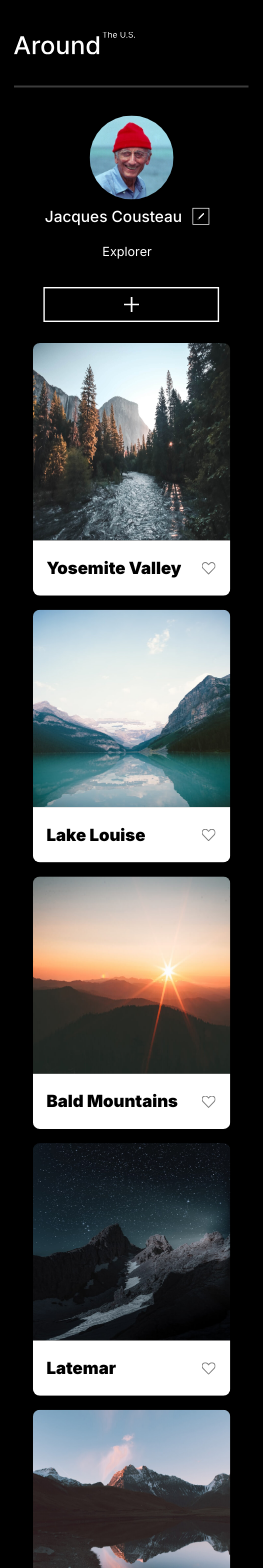
Repository: luisbaezx/se_project_aroundtheus
Page: index.html
The author's editor kept a copy of each file at every save. The page is drawn from the files as they stood at one save, then again after the next save.
The browser window is 375 px wide. The pictures show the part of the page from y = 0 to 2240 px (the page is 2877 px tall before and 2837 px after), at 70% of full size.

Above is the page before, as saved 2024-05-29 17:44:24.

### index.html
<!DOCTYPE html>
<html lang="en">
  <head>
    <meta charset="UTF-8" />
    <meta name="viewport" content="width=device-width, user-scalable=no,
    initial-scale=1/>
    <meta content="ie=edge" http-equiv="X-UA-Compatible" />
    <title>Around The U.S</title>
    <link href="./pages/index.css" rel="stylesheet" />
  </head>
  <body class="page">
    <div class="page__content">
      <header class="header page__section">
        <img
          src="./images/logo.svg"
          alt="Around the U.S. Logo"
          class="header__image"
        />
      </header>
      <main class="content">
        <section class="profile page__section">
          <img
            src="./images/jacques-cousteau.jpg"
            alt="Avatar"
            class="profile__image"
          />
          <div class="profile__info">
            <h1 class="profile__title">Jacques Cousteau</h1>
            <button class="profile__edit-button"></button>
            <p class="profile__description">Explorer</p>
          </div>
          <button class="profile__add-button"></button>
        </section>
        <section class="cards page__section">
          <ul class="card__list">
            <li class="card">
              <img src="./images/yosemite.jpg" class="card__image" />
              <div class="card__description">
                <h2 class="card__title">Yosemite Valley</h2>
                <button class="card__like-button"></button>
              </div>
            </li>
            <li class="card">
              <img src="./images/lake-louise.jpg" class="card__image" />
              <div class="card__description">
                <h2 class="card__title">Lake Louise</h2>
                <button class="card__like-button"></button>
              </div>
            </li>
            <li class="card">
              <img src="./images/bald-mountains.jpg" class="card__image" />
              <div class="card__description">
                <h2 class="card__title">Bald Mountains</h2>
                <button class="card__like-button"></button>
              </div>
            </li>
            <li class="card">
              <img src="./images/latemar.jpg" class="card__image" />
              <div class="card__description">
                <h2 class="card__title">Latemar</h2>
                <button class="card__like-button"></button>
              </div>
            </li>
            <li class="card">
              <img src="./images/vanoise.jpg" class="card__image" />
              <div class="card__description">
                <h2 class="card__title">Vanoise National Park</h2>
                <button class="card__like-button"></button>
              </div>
            </li>
            <li class="card">
              <img src="./images/lago.jpg" class="card__image" />
              <div class="card__description">
                <h2 class="card__title">Lago di Braies</h2>
                <button class="card__like-button"></button>
              </div>
            </li>
          </ul>
        </section>
      </main>
      <footer class="footer">
        <p class="footer__copyright">&copy; 2024 Around The U.S.</p>
      </footer>
    </div>
  </body>
</html>

### pages/index.css
@import url("../vendor/normalize.css");
@import url("../vendor/fonts.css");
@import url("../blocks/page.css");

### blocks/page.css
.page {
  font-family: Inter, Arial, Helvetica, sans-serif;
  background-color: black;
  color: white;
}

.page__section {
  max-width: 880px;
  width: 100%;
  position: relative;
  margin: 0 auto;
}

.page__content {
  display: flex;
  flex-direction: column;
  min-height: 100vh;
  padding: 0 20px;
}

.header {
  margin-top: 45px;
  border-bottom: solid rgba(84, 84, 84, 0.7);
  padding-bottom: 41px;
}

.header__image {
  width: 173px;
  height: 33px;
  transition: opacity 0.3s ease;
}

.header__image:hover {
  color: #000000;
}

.profile {
  display: flex;
  align-items: center;
  padding-top: 40px;
  min-width: 282px;
}

.profile__info {
  display: grid;
  grid-template-areas:
    "title button"
    "description description";
  grid-template-columns: minmax(auto, 375px) auto;
  margin-right: 12px;
  align-items: center;
  gap: 15px;
}

.profile__edit-button {
  background: transparent url(../images/edit-icon.svg) center no-repeat;
  height: 24px;
  width: 24px;
  grid-area: button;
  border: 1px white solid;
}

.profile__edit-button:hover {
  opacity: 0.6;
}

.profile__add-button {
  background: transparent url(../images/add-icon.svg) center no-repeat;
  width: 150px;
  height: 50px;
  margin-left: auto;
  border: 2px white solid;
  transition: opacity 0.3s ease;
}

.profile__add-button:hover {
  opacity: 0.6;
}
.profile__title {
  font-size: 42px;
  line-height: 48px;
  font-weight: 500;
  grid-area: title;
  margin: 0;
  text-overflow: ellipsis;
  white-space: nowrap;
}

.profile__description {
  font-size: 18px;
  line-height: 22px;
  font-weight: 400;
  grid-area: description;
  margin: 0;
  text-overflow: ellipsis;
  white-space: nowrap;
  overflow: hidden;
  max-width: 370px;
}

.profile__image {
  height: 120px;
  width: 120px;
  border-radius: 50%;
  object-fit: cover;
  background-position: center;
  margin-right: 24px;
}

.cards {
  margin-top: 30px;
  border-radius: 10px;
}

.card__list {
  display: grid;
  justify-content: center;
  grid-template-columns: repeat(auto-fit, 282px);
  grid-gap: 20px 17px;
  padding: 0;
  margin: 0;
}

.card {
  display: flex;
  flex-direction: column;
  list-style: none;
  border-radius: 10px;
  overflow: hidden;
}

.card__image {
  width: 282px;
  height: 282px;
}

.card__title {
  max-width: 220px;
  font-size: 24px;
  font-weight: 900;
  line-height: 29px;
  text-overflow: ellipsis;
  white-space: nowrap;
  overflow: hidden;
  margin: 0;
}

.card__description {
  display: flex;
  background-color: white;
  color: black;
  padding-top: 25px;
  padding-bottom: 25px;
  padding-left: 20px;
  padding-right: 20px;
  align-items: center;
  justify-content: space-between;
}

.card__like-button {
  background: transparent url(../images/like-inactive.svg) center no-repeat;
  width: 21px;
  height: 18px;
  border: none;
  transition: opacity 0.3s ease;
}

.card__like-button:hover {
  opacity: 0.5;
}

.footer {
  max-width: 880px;
  width: 100%;
  position: relative;
  margin: 0 auto;
}

.footer__copyright {
  color: #545454;
  padding-top: 35px;
  padding-bottom: 35px;
}

@media screen and (max-width: 770px) {
  .profile {
    flex-direction: column;
  }

  .profile__info {
    display: flex;
    flex-wrap: wrap;
    justify-content: center;
    width: 100%;
  }

  .profile__description {
    width: 100%;
    text-align: center;
    margin-bottom: 0px;
  }

  .profile__add-button {
    margin: 0;
    width: 80%;
  }
}

@media screen and (max-width: 620px) {
  .profile {
    flex-direction: column;
  }

  .profile__info {
    display: flex;
    flex-wrap: wrap;
    justify-content: center;
    width: 100%;
  }

  .profile__description {
    width: 100%;
    text-align: center;
    margin-bottom: 40px;
  }

  .profile__add-button {
    margin: 0;
    width: 65%;
  }
}

@media screen and (max-width: 500px) {
  .profile {
    flex-direction: column;
  }

  .profile__info {
    display: flex;
    flex-wrap: wrap;
    justify-content: center;
    width: 100%;
  }

  .profile__description {
    width: 100%;
    text-align: center;
    margin-bottom: 40px;
  }

  .profile__add-button {
    margin: 0;
    width: 75%;
  }
}
@media screen and (max-width: 600px) {
  .profile {
    display: flex;
    justify-content: space-around;
  }
  .profile__title {
    font-size: 22px;
  }
  .profile__edit-button {
    display: flex;
    justify-content: flex-end;
  }

  .profile__image {
    margin: 0;
    min-width: auto;
  }
}

Loaded but not shown: vendor/normalize.css (library); vendor/fonts.css (common file)

After the next save:
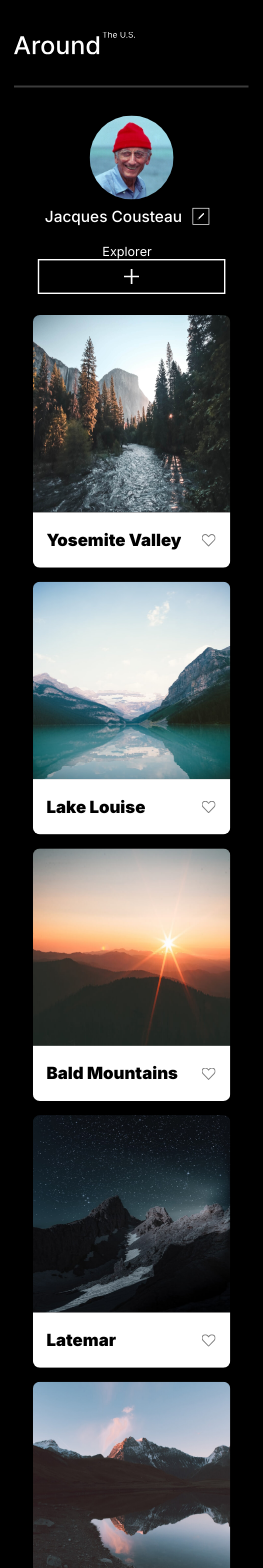
Saved 11 min 20 s later.
--- a/blocks/page.css
+++ b/blocks/page.css
@@ -206,53 +206,6 @@
   }
 }
 
-@media screen and (max-width: 620px) {
-  .profile {
-    flex-direction: column;
-  }
-
-  .profile__info {
-    display: flex;
-    flex-wrap: wrap;
-    justify-content: center;
-    width: 100%;
-  }
-
-  .profile__description {
-    width: 100%;
-    text-align: center;
-    margin-bottom: 40px;
-  }
-
-  .profile__add-button {
-    margin: 0;
-    width: 65%;
-  }
-}
-
-@media screen and (max-width: 500px) {
-  .profile {
-    flex-direction: column;
-  }
-
-  .profile__info {
-    display: flex;
-    flex-wrap: wrap;
-    justify-content: center;
-    width: 100%;
-  }
-
-  .profile__description {
-    width: 100%;
-    text-align: center;
-    margin-bottom: 40px;
-  }
-
-  .profile__add-button {
-    margin: 0;
-    width: 75%;
-  }
-}
 @media screen and (max-width: 600px) {
   .profile {
     display: flex;

After the save that followed:
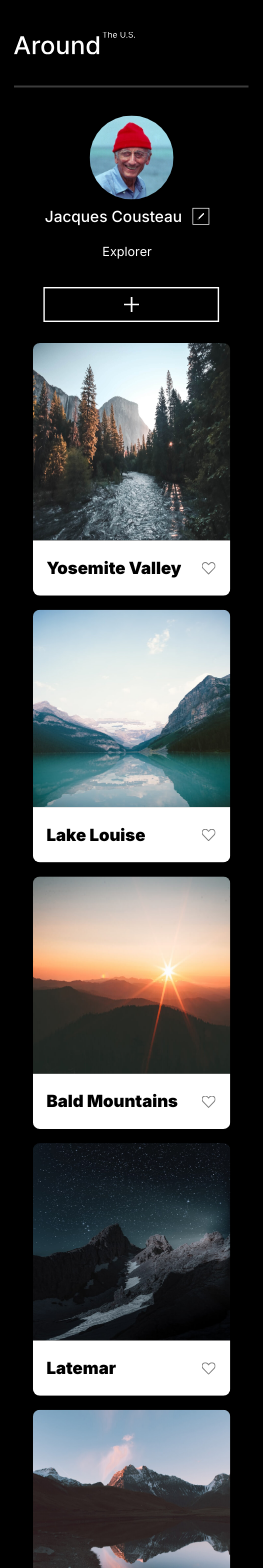
Saved 33 s later.
--- a/blocks/page.css
+++ b/blocks/page.css
@@ -206,6 +206,53 @@
   }
 }
 
+@media screen and (max-width: 620px) {
+  .profile {
+    flex-direction: column;
+  }
+
+  .profile__info {
+    display: flex;
+    flex-wrap: wrap;
+    justify-content: center;
+    width: 100%;
+  }
+
+  .profile__description {
+    width: 100%;
+    text-align: center;
+    margin-bottom: 40px;
+  }
+
+  .profile__add-button {
+    margin: 0;
+    width: 65%;
+  }
+}
+
+@media screen and (max-width: 500px) {
+  .profile {
+    flex-direction: column;
+  }
+
+  .profile__info {
+    display: flex;
+    flex-wrap: wrap;
+    justify-content: center;
+    width: 100%;
+  }
+
+  .profile__description {
+    width: 100%;
+    text-align: center;
+    margin-bottom: 40px;
+  }
+
+  .profile__add-button {
+    margin: 0;
+    width: 75%;
+  }
+}
 @media screen and (max-width: 600px) {
   .profile {
     display: flex;
